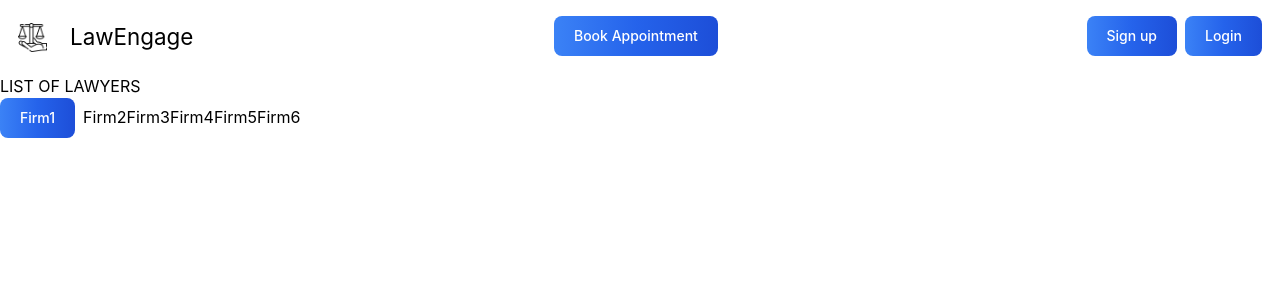
Repository: khushijain8/Lawyer-appointment-application
Page: /book (app in frontend/)
The author's editor kept a copy of each file at every save. The page is drawn from the files as they stood at one save, then again after the next save.
The browser window is 1280 px wide. The pictures show the whole page.
The page's requests for data from a server got no answer. The project was rebuilt for these pictures with package versions that can differ from the ones it lists, and the page was loaded fresh each time. No one was signed in, and anything a server would have sent is missing. Also part of the build but not shown: frontend/src/App.css, frontend/src/components/Signup/Signup.css, frontend/src/components/Signup/Signup.jsx, frontend/src/components/Login/Login.css, frontend/src/components/Login/Login.jsx, frontend/src/components/Firm1/Firm1.jsx.

Above is the page before, as saved 2025-01-22 18:31:14.

After the next save:
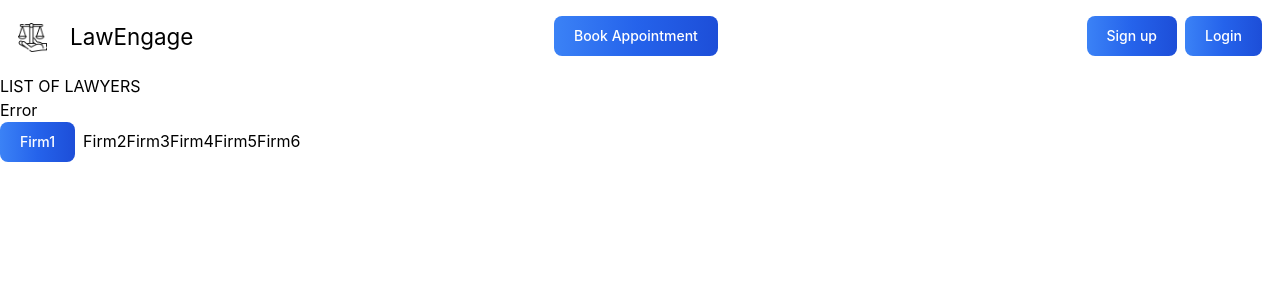
Saved 48 s later.
--- a/frontend/src/components/LawyerContainer/LawyerContainer.jsx
+++ b/frontend/src/components/LawyerContainer/LawyerContainer.jsx
@@ -13,7 +13,7 @@
         <div>
         <h2>LIST OF LAWYERS</h2>
         {lawyer.loading &&<div>Loading...</div>}
-        {!lawyer.loading && lawyer.error?<div>{lawyer.error}</div>:null}
+        {!lawyer.loading && lawyer.error?<div>Error</div>:null}
         {!lawyer.loading && lawyer.lawyers.length?(
             <ul>
                 {lawyer.lawyers.map((lawyer)=>(

After the 3 saves that followed:
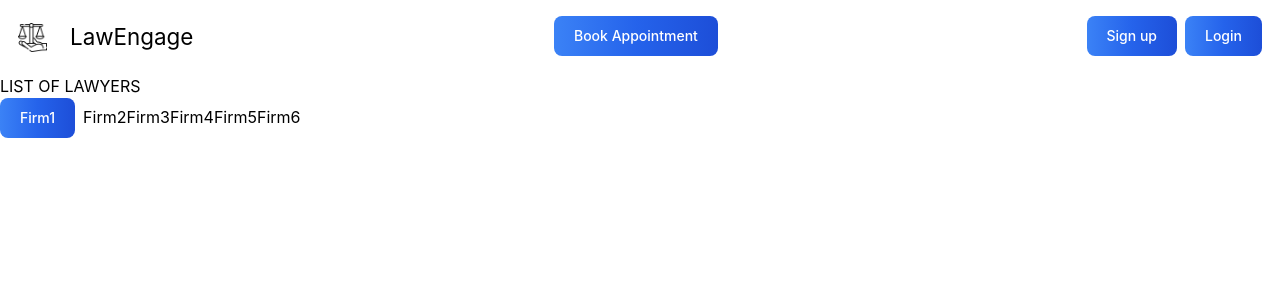
The 3 saves are shown as one change because 2 left the picture as it was.
The last was saved 3 min 23 s later.
--- a/frontend/src/components/LawyerContainer/LawyerContainer.jsx
+++ b/frontend/src/components/LawyerContainer/LawyerContainer.jsx
@@ -1,28 +1,29 @@
-import React, { useEffect } from 'react'
-import { fetchLawyers } from '../../redux/Lawyer/lawyerSlice'
-import { useDispatch ,useSelector} from 'react-redux'
-export const LawyerContainer=()=> {
-    const lawyer=useSelector((state)=>state.lawyer);
-    const dispatch=useDispatch();
-    useEffect(()=>{
-        console.log("hi");
+import React, { useEffect } from 'react';
+import { fetchLawyers } from '../../redux/Lawyer/lawyerSlice';
+import { useDispatch, useSelector } from 'react-redux';
+
+export const LawyerContainer = () => {
+    const lawyer = useSelector((state) => state.lawyer);
+    const dispatch = useDispatch();
+
+    useEffect(() => {
         dispatch(fetchLawyers());
-    },[])
+    }, [dispatch]);
+
+    console.log("Lawyer state:", lawyer); // Debugging
 
     return (
         <div>
-        <h2>LIST OF LAWYERS</h2>
-        {lawyer.loading &&<div>Loading...</div>}
-        {!lawyer.loading && lawyer.error?<div>Error</div>:null}
-        {!lawyer.loading && lawyer.lawyers.length?(
-            <ul>
-                {lawyer.lawyers.map((lawyer)=>(
-                    <li key={lawyer.id}>{lawyer.name}</li>
-                ))}
-            </ul>
-        ):null}
-
+            <h2>LIST OF LAWYERS</h2>
+            {lawyer.loading && <div>Loading...</div>}
+            {!lawyer.loading && lawyer.error ? <div>{lawyer.error}</div> : null}
+            {!lawyer.loading && lawyer.lawyers.length ? (
+                <ul>
+                    {lawyer.lawyers.map((lawyer) => (
+                        <li key={lawyer.id}>{lawyer.name}</li>
+                    ))}
+                </ul>
+            ) : null}
         </div>
-
-    )
-}
+    );
+};
--- a/frontend/src/redux/Lawyer/lawyerSlice.js
+++ b/frontend/src/redux/Lawyer/lawyerSlice.js
@@ -7,10 +7,16 @@ const initialState={
 }
 
 export const fetchLawyers=createAsyncThunk('Lawyer/fetchLawyers',()=>{
-    return(
-    axios.get("https://jsonplaceholder.typicode.com/users")
-    .then((response)=>response.data)
-    )
+    return axios
+    .get("https://jsonplaceholder.typicode.com/users")
+        .then((response) => {
+            console.log("API Response:", response.data); // Log the API response
+            return response.data; // Return the data for the fulfilled case
+        })
+        .catch((error) => {
+            console.log("API Error:", error); // Log the error if the request fails
+            throw error; // Throw the error to trigger the rejected case
+        });
 })
 
 const lawyerSlice=createSlice({
